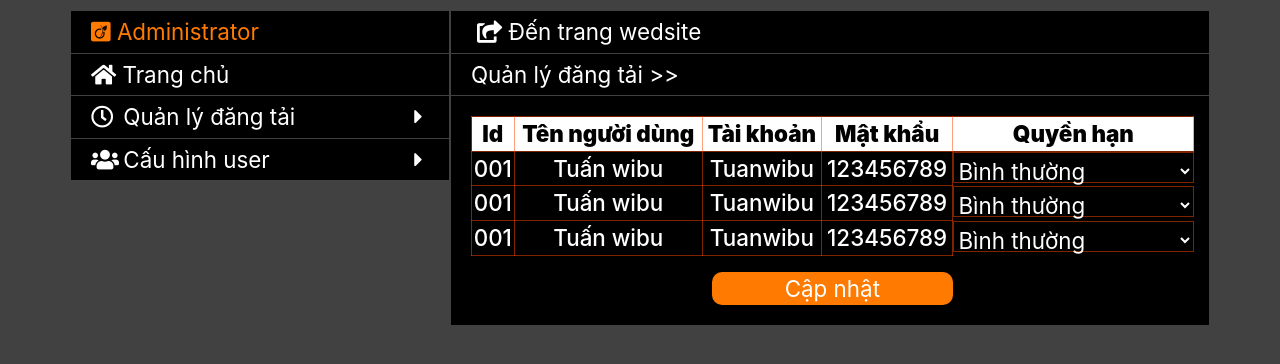
Repository: SonNguyen892002/Lau-Dai-Code
Page: http://localhost/wed-jdbc-1-2023/views/admin/phanquyen.jsp
An editor plug-in stored every save of this project. The page is shown before and after the next save, followed by the edit.
The browser window is 1280 px wide. The pictures show the whole page.
The page is served by Tomcat 9. Nobody is signed in. The application's start-up code is not run.

Above is the page before, as saved 2022-01-15 10:19:47.

After the next save:
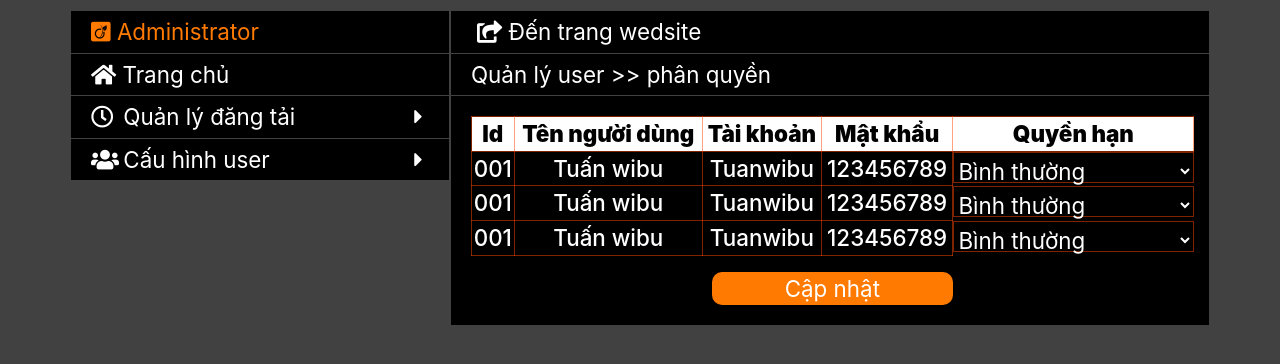
Saved 1 s later.
--- a/workspace/wed-jdbc-1-2023/src/main/webapp/views/admin/phanquyen.jsp
+++ b/workspace/wed-jdbc-1-2023/src/main/webapp/views/admin/phanquyen.jsp
@@ -57,4 +57,9 @@
 </div>
 </table>
 
+<script>
+	const btnA = document.querySelector('.t');
+	btnA.innerHTML = "Quản lý user >> phân quyền";
+</script>
+
 <%@ include file="footer.jsp"%>
